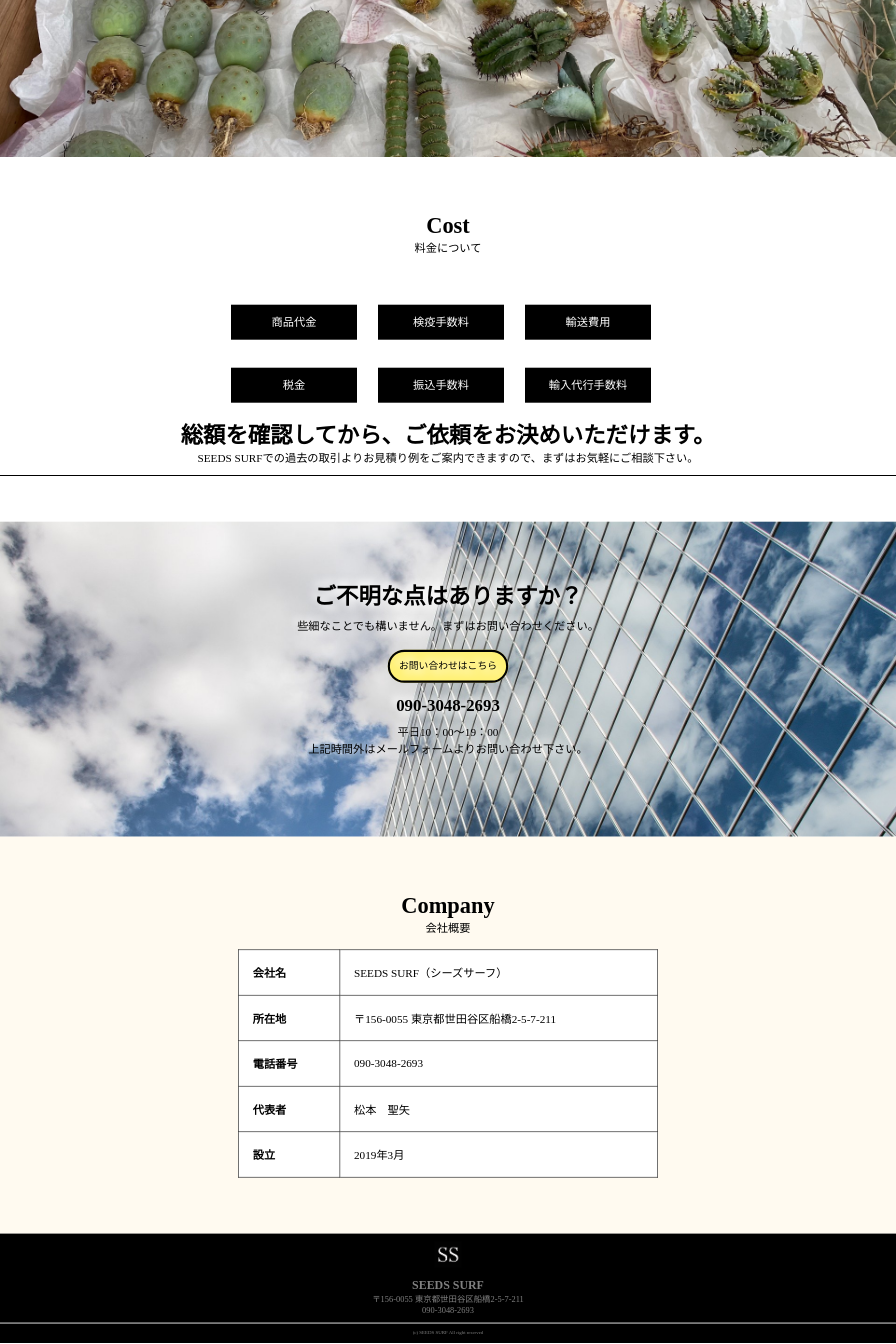
Repository: Seiya00002/seeds-surf-lp
Page: index.html
These files come from the project's save history. The page is drawn as it stood at one moment and after the next save; the edit follows.
The browser window is 1280 px wide. The pictures show the part of the page from y = 2225 to 4145 px (the page is 4145 px tall before and 4141 px after), at 70% of full size.

Above is the page before, as saved 2023-07-16 08:24:19.

After the next save:
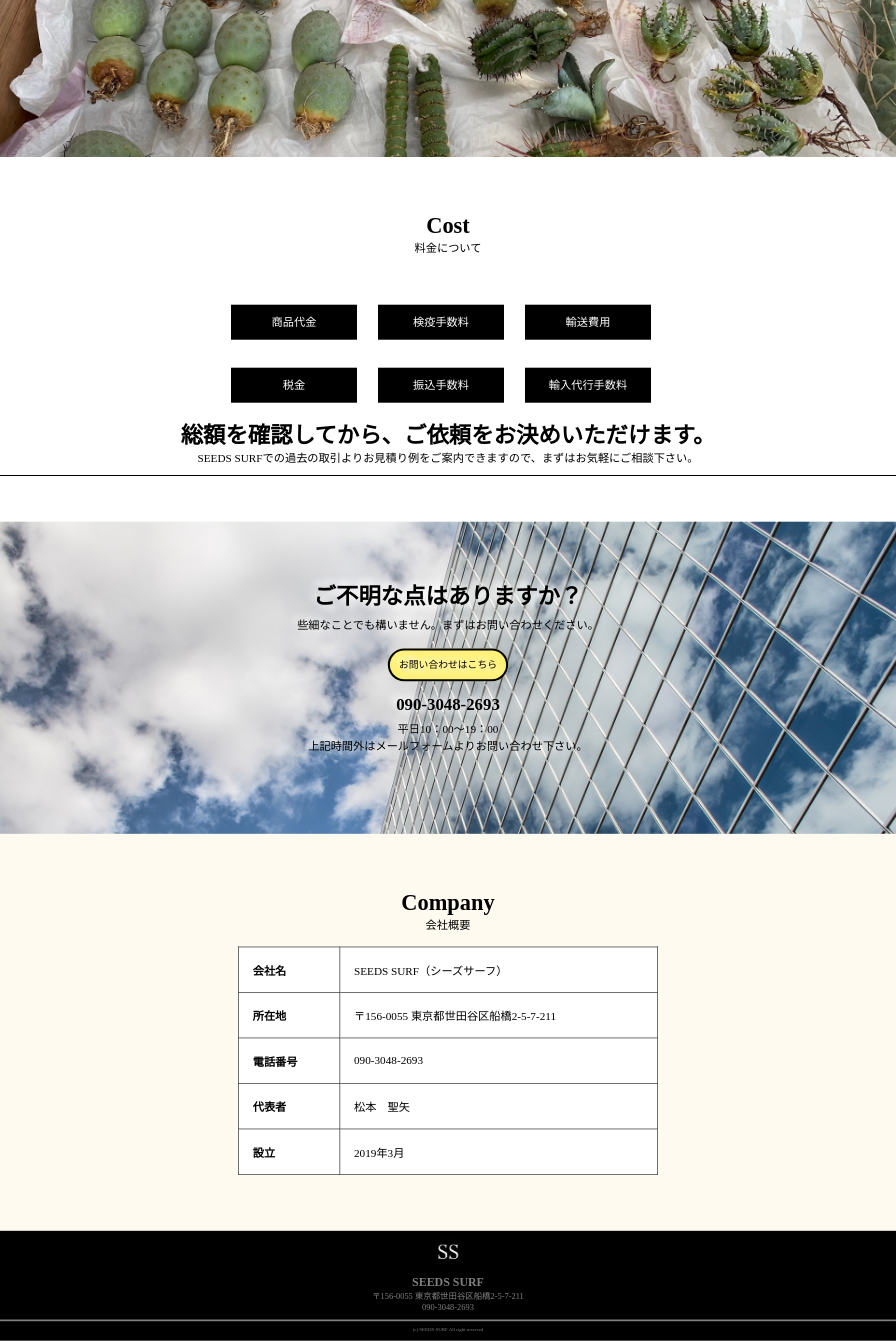
Saved 6 s later.
--- a/css/style.css
+++ b/css/style.css
@@ -234,7 +234,7 @@ padding-bottom: 50px;
 }
 
 .contact_wrapper p {
-    padding:10px 0 35px 0;
+    padding:8px 0 35px 0;
 }
 
 .btn {
